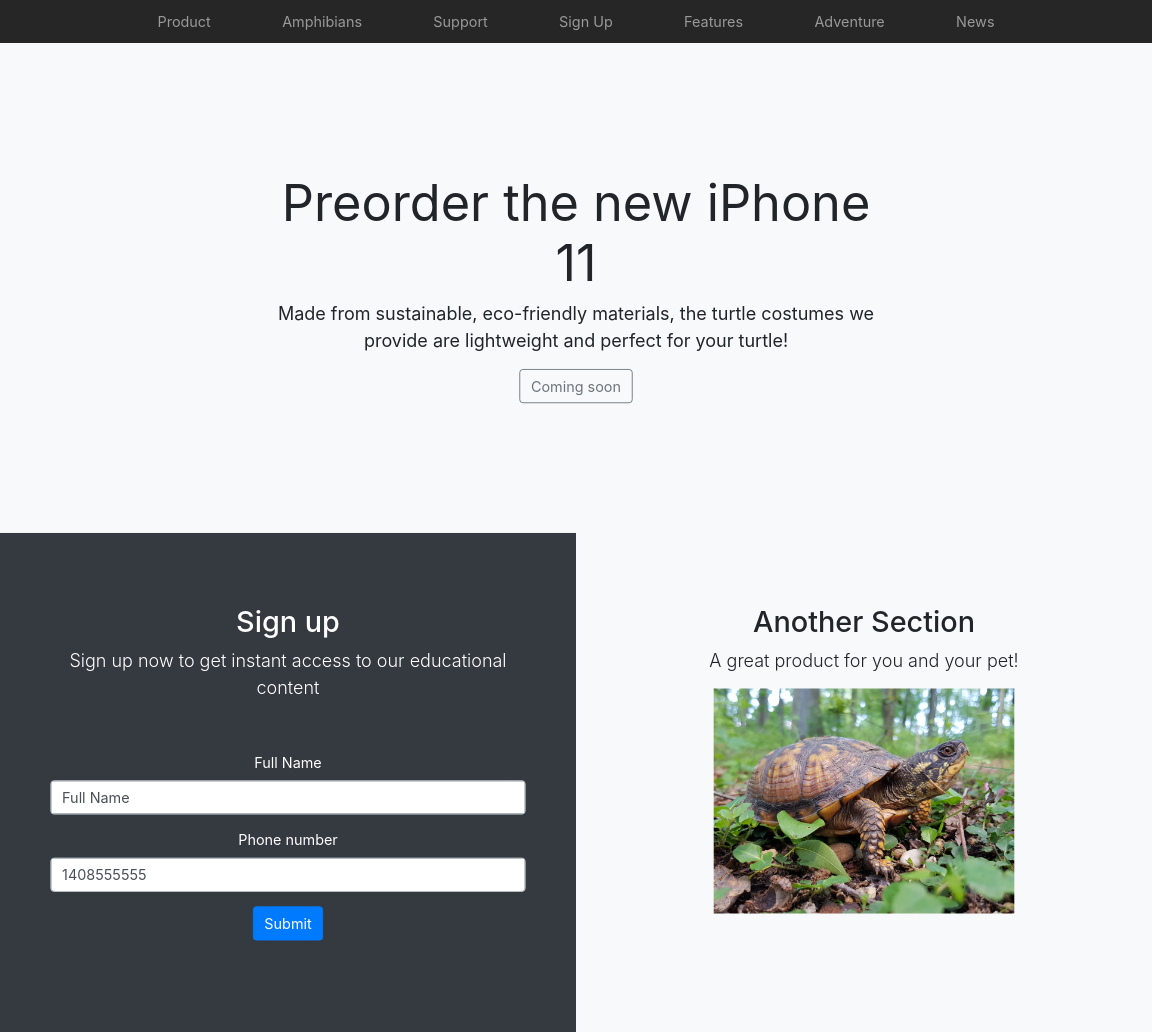
Repository: skdart/CD-Resume
Page: LearnCS8-Twilio/index.html
The author's editor kept a record of every edit. The page is drawn from the files as they stood at one moment, then again after the next edit.
The browser window is 1280 px wide. The pictures show the whole page, at 90% of full size.

Above is the page before.

### LearnCS8-Twilio/index.html
<!doctype html>
<html lang="en">
  <head>
    <!-- 862210962 -->
    <meta charset="utf-8">
    <meta name="viewport" content="width=device-width, initial-scale=1, shrink-to-fit=no">
    <meta name="description" content="Cute, funny and scary costumes for your pet turtle!">
    <meta name="Catherine Driscoll" content="862210962">

    <!-- Bootstrap CSS -->
    <link rel="stylesheet" href="https://stackpath.bootstrapcdn.com/bootstrap/4.5.2/css/bootstrap.min.css" integrity="sha384-JcKb8q3iqJ61gNV9KGb8thSsNjpSL0n8PARn9HuZOnIxN0hoP+VmmDGMN5t9UJ0Z" crossorigin="anonymous">

    <!-- Turtle Costumes -->
    <title>Turtle Costumes!</title>
    <link href="product.css" rel="stylesheet">
  </head>
  <body>
    <nav class="site-header sticky-top py-1">
    <!-- Top Menu Bar -->
    <div class="container d-flex flex-column flex-md-row justify-content-between">
        <a class="py-2 d-none d-md-inline-block" id="menu-item-1" href="https://google.com" target="_blank" >Product</a>
        <a class="py-2 d-none d-md-inline-block" id="menu-item-2" href="https://unsplash.com/s/photos/koi-fish" target="_blank" >Amphibians</a>
        <a class="py-2 d-none d-md-inline-block" id="menu-item-3" href="https://en.wikipedia.org/wiki/Main_Page" target="_blank"> Support</a>
        <a class="py-2 d-none d-md-inline-block" id="menu-item-4" href="https://www.youtube.com/" target="_blank">Sign Up</a>
        <a class="py-2 d-none d-md-inline-block" id="menu-item-5" href="https://www.nhl.com/"target="_blank" >Features</a>
        <a class="py-2 d-none d-md-inline-block" id="menu-item-6" href="https://www.nytimes.com/" target="_blank">Adventure</a>
        <a class="py-2 d-none d-md-inline-block" id="menu-item-7" href="https://chassstudentaffairs.ucr.edu/breadth_requirements/index.html" target="_blank">News</a>
    </div>
</nav>
<!-- Yearly Turtle Constumes-->
<div class="position-relative overflow-hidden p-3 p-md-5 m-md-0 text-center bg-light">
    <div class="col-md-8 p-lg-5 mx-auto my-5">
        <h1 class="display-4 font-weight-normal">Preorder the new iPhone 11</h1>
        <p class="lead font-weight-normal">Made from sustainable, eco-friendly materials, the turtle costumes we provide are lightweight and perfect for your turtle!</p>
        <a class="btn btn-outline-secondary" href="https://en.wikipedia.org/wiki/Main_Page">Coming soon</a>
    </div>
</div>
<!-- Left Tile -->
<div class="d-md-flex flex-md-equal w-100">
    <div class="bg-dark pt-3 px-3 pt-md-5 px-md-5 text-center text-white overflow-hidden">
        <div class="my-3 py-3">
            <h2 class="display-5">Sign up</h2>
            <p class="lead">Sign up now to get instant access to our educational content</p>
        </div>
        <!-- Web form when submitted will send a text message -->
        <form class="p-2" onsubmit="sendTextMessage(); return false;">
            <!-- Full Name Form Field -->
            <div class="form-group">
                <label for="example-first-name">Full Name</label>
                <input type="text" value="Full Name" class="form-control" id="example-first-name" aria-describedby="emailHelp">
            </div>
            <!-- Phone Number Form Field -->
            <div class="form-group">
                <label for="example-tel-input">Phone number</label>
                <input type="tel" class="form-control" value="1408555555" id="example-tel-input">
            </div>
            <!-- JavaScript that handles onSubmit logic -->
            <!-- Configure the XHR request below with your own credentials -->
            <script>
            function sendTextMessage() {
                console.log("Hello world!");
                var xhr = new XMLHttpRequest();
                var accountSID = "AC15c3780fc2f22fe15cf3d2909e498f4b";
                var authToken = "8e0c27b48670032d5f5b49bcab8334f3";
                var base64encoded = accountSID + ":" + authToken;
                var params = "To=" + document.getElementById('example-tel-input').value + "&From=" + "12534444185" + "&Body=" + "Hello " + document.getElementById('example-first-name').value + "Turtles."
                xhr.open("POST", "https://api.twilio.com/2010-04-01/Accounts/" + accountSID + "/Messages.json", true);
                xhr.setRequestHeader('Content-Type', 'application/x-www-form-urlencoded');
                xhr.setRequestHeader('Authorization', 'Basic ' + btoa(base64encoded));
                xhr.send(params);
            }
            </script>
            <!-- Submit button that will execute the sendTextMessage function -->
            <button type="submit" class="btn btn-primary">Submit</button>
        </form>
    </div>
   <!-- Right Tile -->
    <div class="bg-light pt-3 px-3 pt-md-5 px-md-5 text-center overflow-hidden">
        <div class="my-3 p-3">
            <h2 class="display-5">Another Section</h2>
            <p class="lead">A great product for you and your pet!</p>
            <img class="mx-auto" src="Turtle.jpeg" height="250px">
        </div>
        <div class="mx-auto" style="width: 80%; height: 100px; border-radius: 21px 21px 0 0;"></div>
    </div>
</div>
  </body>
</html>

### LearnCS8-Twilio/product.css
.container {
  max-width: 960px;
}

/*
 * Custom translucent site header
 */

.site-header {
  background-color: rgba(0, 0, 0, .85);
  -webkit-backdrop-filter: saturate(180%) blur(20px);
  backdrop-filter: saturate(180%) blur(20px);
}
.site-header a {
  color: #999;
  transition: ease-in-out color .15s;
}
.site-header a:hover {
  color: #fff;
  text-decoration: none;
}

/*
 * Dummy devices (replace them with your own or something else entirely!)
 */

.product-device {
  position: absolute;
  right: 10%;
  bottom: -30%;
  width: 300px;
  height: 540px;
  background-color: #333;
  border-radius: 21px;
  -webkit-transform: rotate(30deg);
  transform: rotate(30deg);
}

.product-device::before {
  position: absolute;
  top: 10%;
  right: 10px;
  bottom: 10%;
  left: 10px;
  content: "";
  background-color: rgba(255, 255, 255, .1);
  border-radius: 5px;
}

.product-device-2 {
  top: -25%;
  right: auto;
  bottom: 0;
  left: 5%;
  background-color: #e5e5e5;
}


/*
 * Extra utilities
 */

.flex-equal > * {
  -ms-flex: 1;
  flex: 1;
}
@media (min-width: 768px) {
  .flex-md-equal > * {
    -ms-flex: 1;
    flex: 1;
  }
}

.overflow-hidden { overflow: hidden; }

After the next edit:
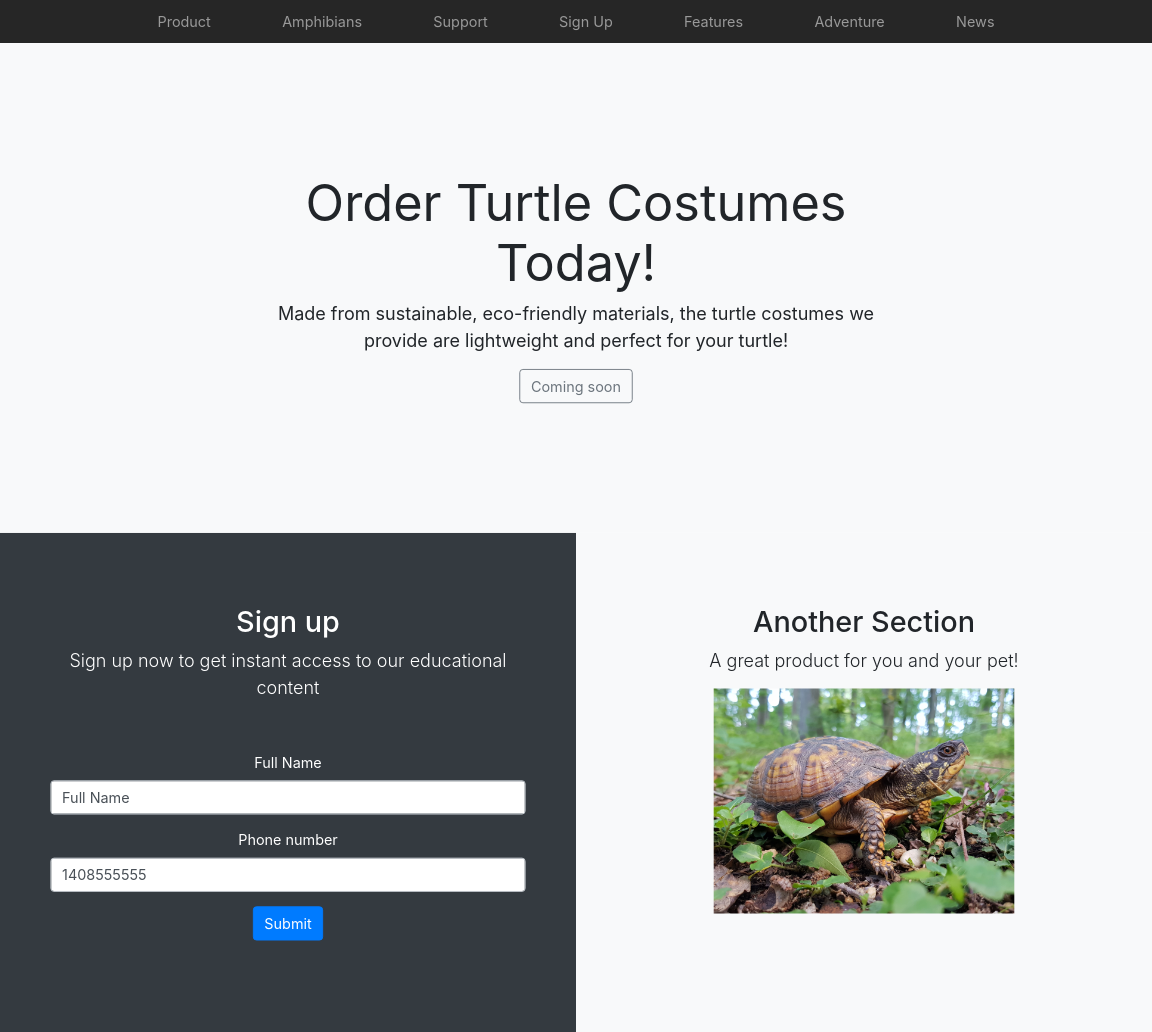
The edit:
--- a/LearnCS8-Twilio/index.html
+++ b/LearnCS8-Twilio/index.html
@@ -30,7 +30,7 @@
 <!-- Yearly Turtle Constumes-->
 <div class="position-relative overflow-hidden p-3 p-md-5 m-md-0 text-center bg-light">
     <div class="col-md-8 p-lg-5 mx-auto my-5">
-        <h1 class="display-4 font-weight-normal">Preorder the new iPhone 11</h1>
+        <h1 class="display-4 font-weight-normal">Order Turtle Costumes Today!</h1>
         <p class="lead font-weight-normal">Made from sustainable, eco-friendly materials, the turtle costumes we provide are lightweight and perfect for your turtle!</p>
         <a class="btn btn-outline-secondary" href="https://en.wikipedia.org/wiki/Main_Page">Coming soon</a>
     </div>
